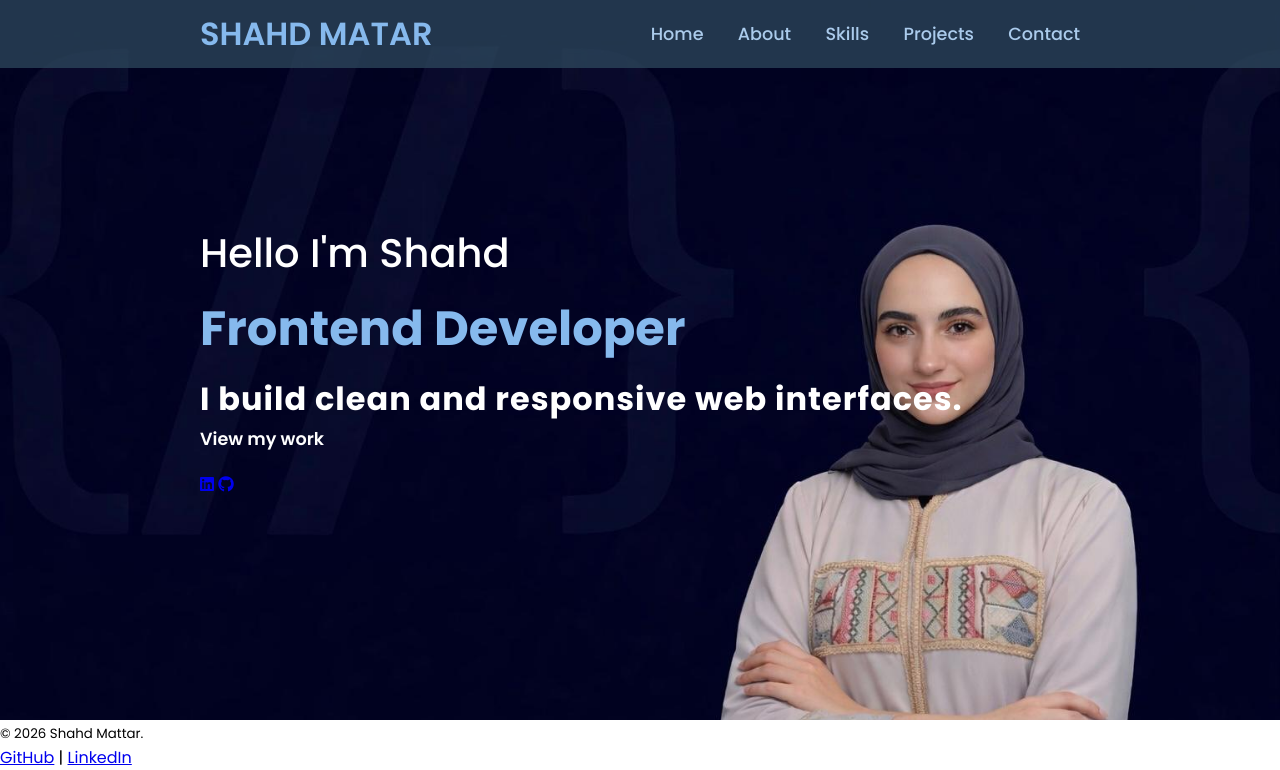
Repository: shahdmattar/personal-landing-page
Page: index.html
The author's editor kept a copy of each file at every save. The page is drawn from the files as they stood at one save, then again after a run of saves.
The browser window is 1280 px wide. The pictures show the whole page.
Backgrounds fixed to the window are drawn as part of the page.

Above is the page before, as saved 2026-04-15 11:57:12.

After the next 3 saves:
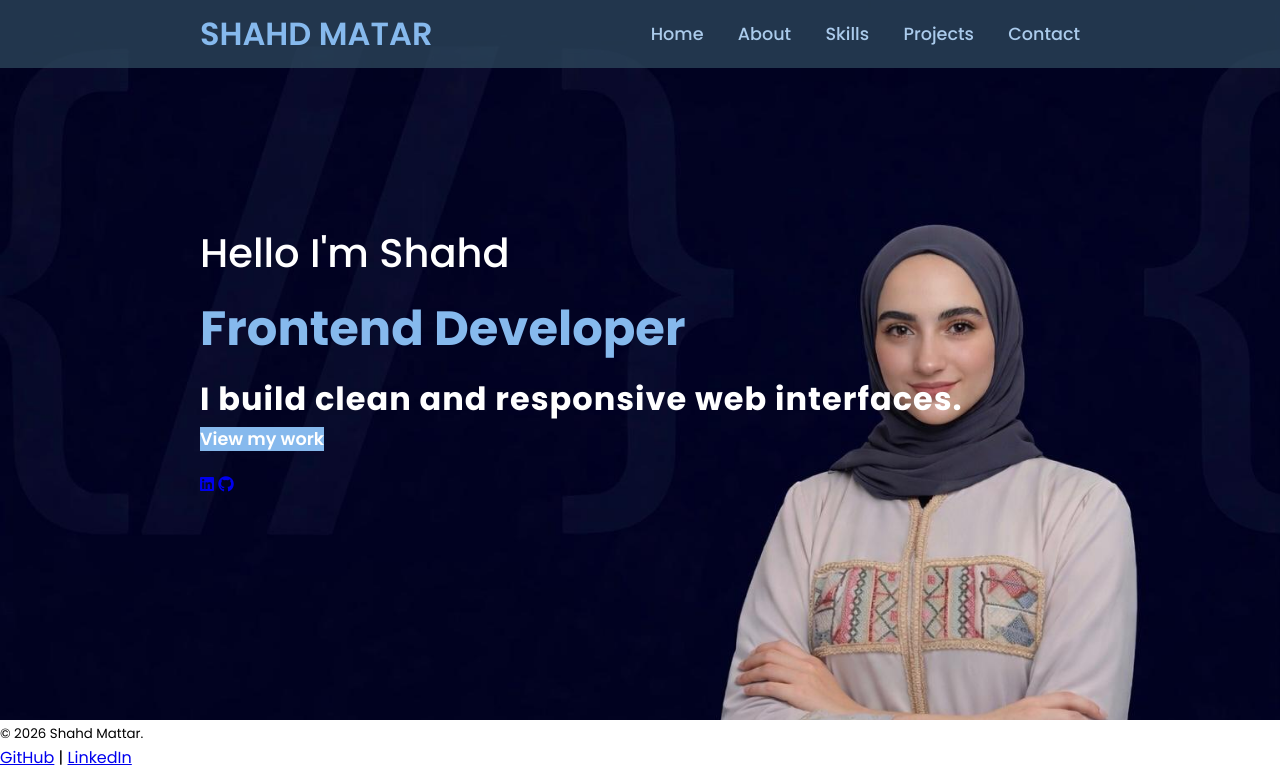
The 3 saves are shown as one change because they came seconds apart.
The last was saved 11 s later.
--- a/style.css
+++ b/style.css
@@ -81,7 +81,7 @@ section{
 
 .main-btn{
   color:#fff;
-  backgroung-color:#86b9ed;
+  background-color:#86b9ed;
   text-decoration:none;
   font-size:1.1rem;
   font-weight:600;
